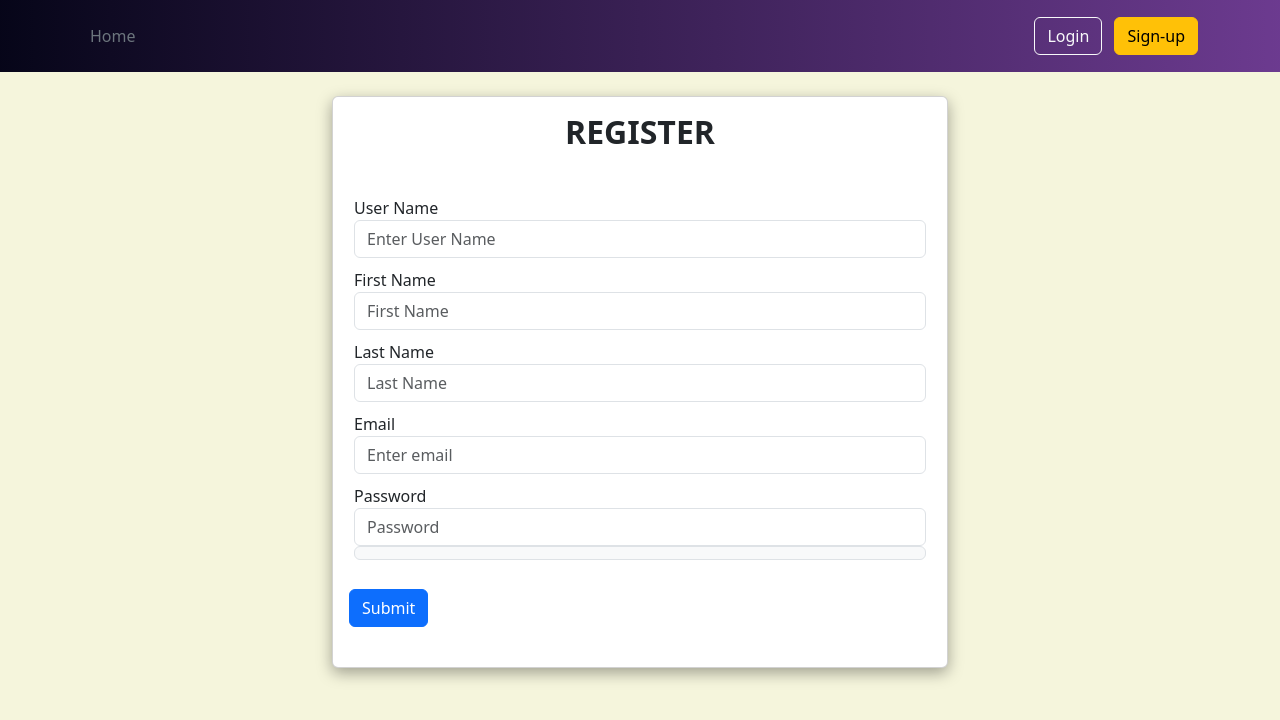
Repository: professorsourabh/php_membership
Page: http://localhost/assignment/
The author's editor kept a copy of each file at every save. The page is drawn from the files as they stood at one save, then again after the next save.
The browser window is 1280 px wide. The pictures show the whole page.
Some web libraries are served in a nearby version. The page is run by PHP 8.4 with error messages shown; the project is at /var/www/html/.

Above is the page before, as saved 2023-07-09 15:25:38.

After the next save:
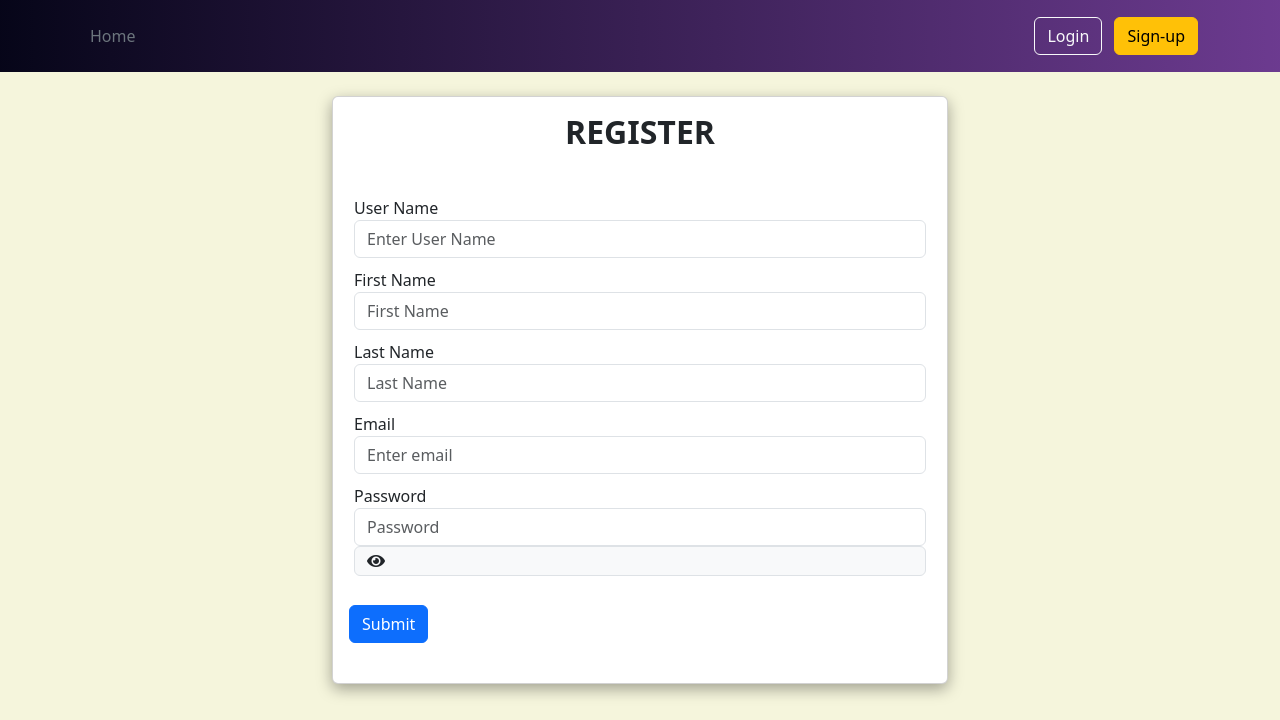
Saved 25 s later.
--- a/index.php
+++ b/index.php
@@ -8,6 +8,7 @@ session_start();
     <meta name="viewport" content="width=device-width, initial-scale=1.0">
     <title>Assesment-Register</title>
     <link href="https://cdn.jsdelivr.net/npm/bootstrap@5.3.0/dist/css/bootstrap.min.css" rel="stylesheet" integrity="sha384-9ndCyUaIbzAi2FUVXJi0CjmCapSmO7SnpJef0486qhLnuZ2cdeRhO02iuK6FUUVM" crossorigin="anonymous">
+    <link rel="stylesheet" href="https://cdnjs.cloudflare.com/ajax/libs/font-awesome/5.13.0/css/all.min.css">
     <link rel="stylesheet" href="index.css"></link>
 </head>
 <body>
